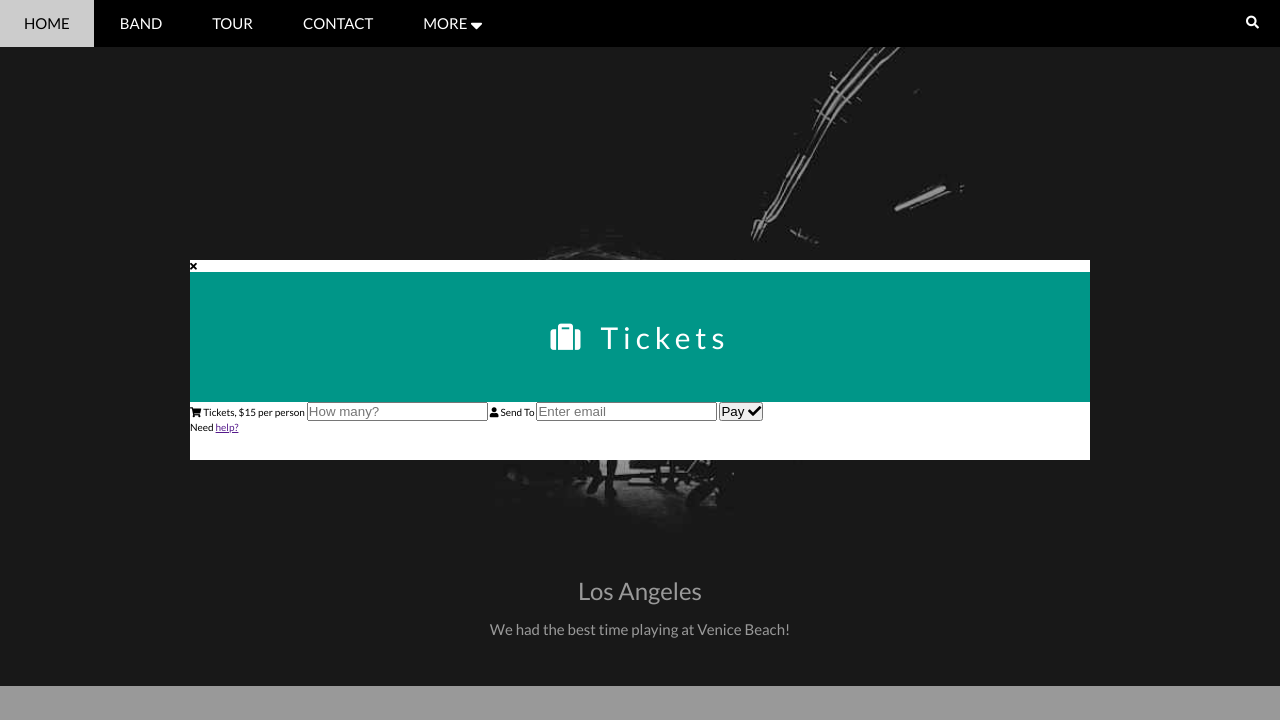
Repository: nguyenthaicong265/w3-band
Page: index.html
An editor plug-in stored every save of this project. The page is shown before and after the next save, followed by the edit.
The browser window is 1280 px wide. The pictures show the window.
A layer covers the whole window, so only the first screen is drawn.

Above is the page before, as saved 2022-01-03 11:50:16.

After the next save:
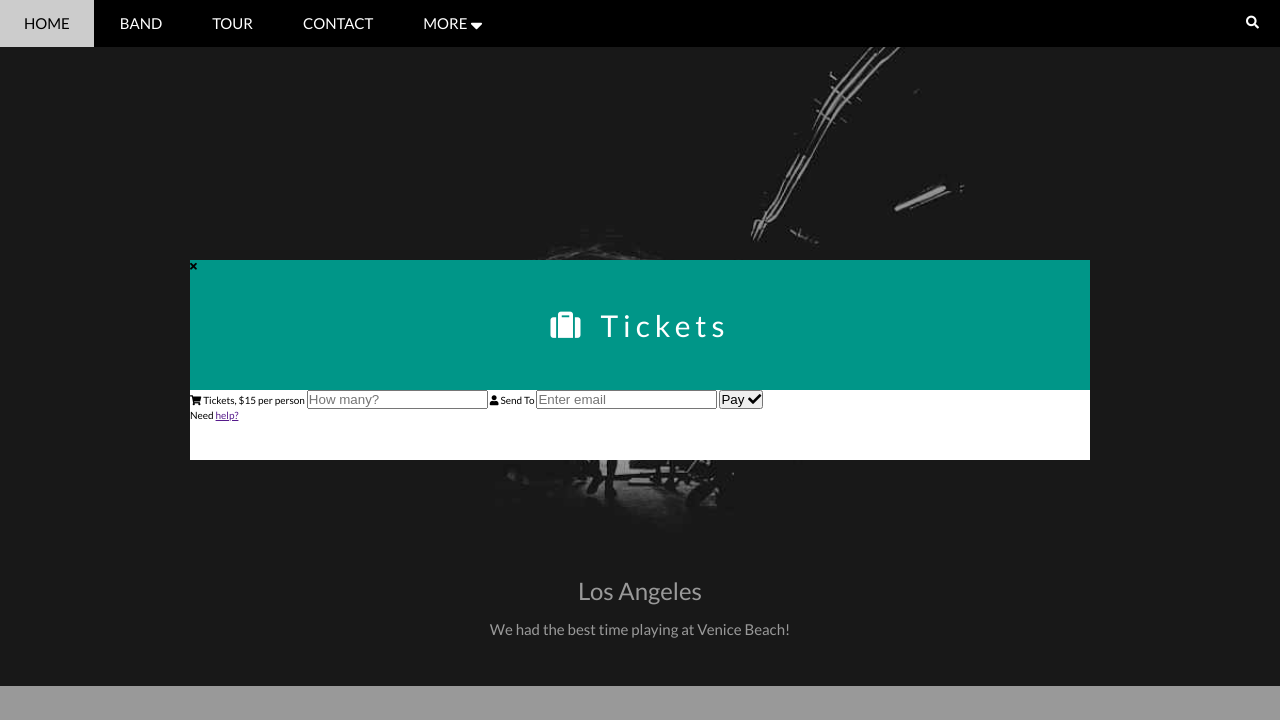
Saved 16 s later.
--- a/assets/css/styles.css
+++ b/assets/css/styles.css
@@ -327,6 +327,10 @@ html {
     position: relative;
 }
 
+.modal-close {
+    position: absolute;
+}
+
 .modal-header {
     background-color: #009688;
     height: 130px;
